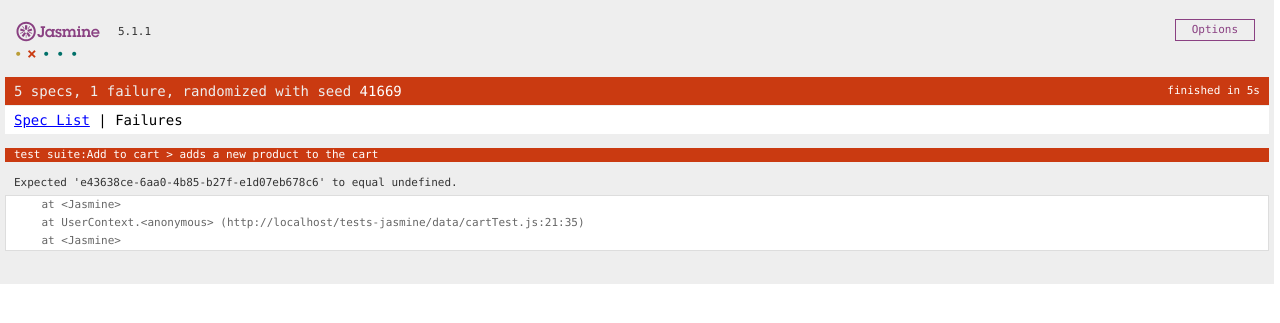
Repository: Srikeerthi05/Amazon-project
Page: tests-jasmine/tests.html
These files come from the project's save history. The page is drawn as it stood at one moment and after a run of saves; the edit follows.
The browser window is 1280 px wide. The pictures show the whole page.

Above is the page before, as saved 2025-05-25 13:41:29.

After the next 2 saves:
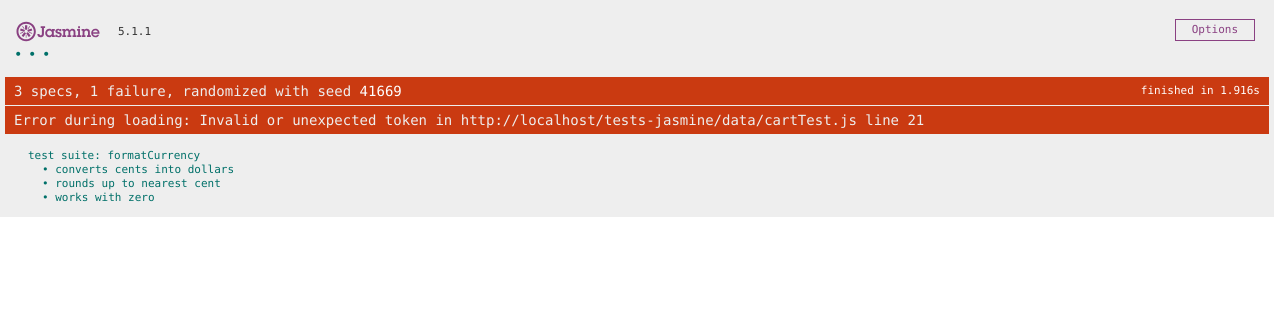
Console error: SyntaxError: Invalid or unexpected token
The 2 saves are shown as one change because they came seconds apart.
The last was saved 12 s later.
--- a/tests-jasmine/data/cartTest.js
+++ b/tests-jasmine/data/cartTest.js
@@ -18,7 +18,7 @@
         addToCart('e43638ce-6aa0-4b85-b27f-e1d07eb678c6');
         expect(cart.length).toEqual(1);
         expect(localStorage.setItem).toHaveBeenCalledTimes(1);
-        expect(cart[0].productId).toEqual()
+        expect(cart[0].productId).toEqual(e43638ce-6aa0-4b85-b27f-e1d07eb678c6);
     });
 
 

After the 2 saves that followed:
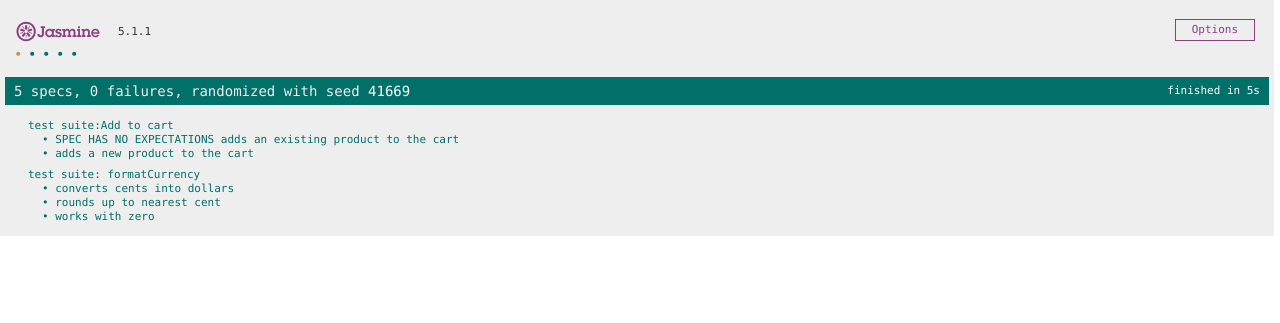
The error is gone.
The 2 saves are shown as one change because 1 left the picture as it was.
The last was saved 10 s later.
--- a/tests-jasmine/data/cartTest.js
+++ b/tests-jasmine/data/cartTest.js
@@ -18,7 +18,7 @@
         addToCart('e43638ce-6aa0-4b85-b27f-e1d07eb678c6');
         expect(cart.length).toEqual(1);
         expect(localStorage.setItem).toHaveBeenCalledTimes(1);
-        expect(cart[0].productId).toEqual(e43638ce-6aa0-4b85-b27f-e1d07eb678c6);
+        expect(cart[0].productId).toEqual('e43638ce-6aa0-4b85-b27f-e1d07eb678c6');
     });
 
 
